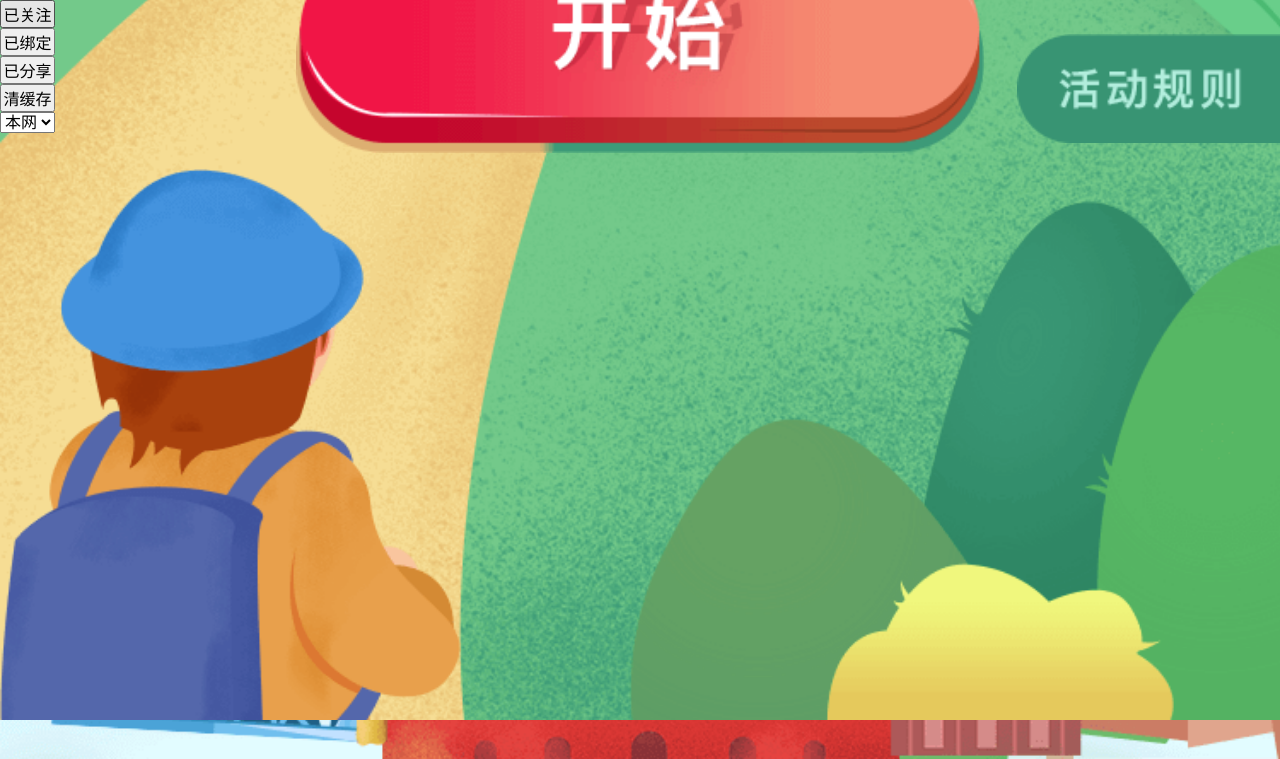
Repository: wangbiaozy/tq
Page: index.html
The author's editor kept a copy of each file at every save. The page is drawn from the files as they stood at one save, then again after the next save.
The browser window is 1280 px wide. The pictures show the whole page.
The style sheet was rebuilt from its Sass, Less or Tailwind sources for each picture, by a compiler version that may differ from the author's.

Above is the page before, as saved 2019-03-20 16:02:00.

### index.html
<!DOCTYPE html>
<html>

<head>
    <meta http-equiv="Content-Type" content="text/html; charset=utf-8" />
    <meta name="viewport" content="width=device-width,minimum-scale=1.0,maximum-scale=1.0,user-scalable=no" />
    <meta http-equiv="Cache-Control" content="no-siteapp" />
    <meta name="apple-mobile-web-app-capable" content="yes">
    <meta name="apple-mobile-web-app-status-bar-style" content="black">
    <meta name="format-detection" content="telephone=no" />
    <title>踏青</title>
    <link rel="stylesheet" href="css/reset.min.css">
    <link rel="stylesheet" href="css/swiper.min.css">
    <link rel="stylesheet" href="css/style.css">
    <script src="js/jquery-1.10.1.min.js"></script>
    <script src="js/imgLoader.js"></script>
    <script src="js/swiper.min.js"></script>
    <script>
        imgLoader([
            'images/bottom_bg.png',
            'images/btn_fri.png',
            'images/btn_jn.png',
            'images/btn_look.png',
            'images/btn_nothing.png',
            'images/con_bg.png',
            'images/default.jpg',
            'images/erweima_bg_01.png',
            'images/erweima_bg_02.png',
            'images/erweima.jpg',
            'images/feiliao.png',
            'images/fl.png',
            'images/fl_0.png',
            'images/flower_0.png',
            'images/flower_1.png',
            'images/flower_2.png',
            'images/flower_3.png',
            'images/flower_4.png',
            'images/flower_5.png',
            'images/flower_6.png',
            'images/flower_end_1.png',
            'images/flower_end_2.png',
            'images/flower_end_3.png',
            'images/flower_end_4.png',
            'images/flower_end_5.png',
            'images/flower_end_6.png',
            'images/flower_fir.png',
            'images/flower_sec.png',
            'images/flower_tc_1.png',
            'images/flower_tc_2.png',
            'images/flower_tc_3.png',
            'images/flower_tc_4.png',
            'images/flower_tc_5.png',
            'images/flower_tc_6.png',
            'images/flower.png',
            'images/fri_default.png',
            'images/fri_fl.png',
            'images/fri_sh.png',
            'images/fri_tc.png',
            'images/fri_text_box.png',
            'images/fri_yg.png',
            'images/gift_list.png',
            'images/gift_title.png',
            'images/main_bg_01.png',
            'images/main_bg_02.png',
            'images/main_bg_03.png',
            'images/main_flower.png',
            'images/mess_off.png',
            'images/mess_on.png',
            'images/mess_tc.png',
            'images/method_bg_01.png',
            'images/method_bg_02.png',
            'images/method_bg_03.png',
            'images/method_bg_04.png',
            'images/method_bg_05.png',
            'images/rule_box.png',
            'images/rule_btn.png',
            'images/sh.png',
            'images/sh_0.png',
            'images/share.png',
            'images/shou.png',
            'images/shuihu.png',
            'images/start_btn.png',
            'images/sun.png',
            'images/tc_0_bg.png',
            'images/tc_2_bg.png',
            'images/tc_banner.png',
            'images/tc_firbg.png',
            'images/title_hy.png',
            'images/top_bg_01.png',
            'images/top_bg_02.png',
            'images/yg.png',
            'images/yg_0.png',
            'images/zhongzi.png'
        ], function (percentage) {
            var percentT = percentage * 100;
            $('.loader_info').html('Loading ' + (parseInt(percentT)) + '%');
            $('.loader_progress')[0].style.width = percentT + '%';
            if (percentage == 1) {
                $('.loader').remove();
                $('#begin').show();
            }
        });
    </script>
</head>
<body>
    <!-- 测试 -->
    <div style="position:absolute;z-index: 999999;color:red;    display: flex;
        flex-direction:column;">

        <button class="ljgz" style="font-size:16px">已关注</button>
        <button class="jb_mobile" style="font-size:16px">已绑定</button>
        <button class="li_share" style="font-size:16px">已分享</button>
        <button class="qing" style="font-size:16px">清缓存</button>
        <select class="select_wang" style="font-size:16px;">
            <option value="0">本网</option>
            <option value="1">异网</option>
        </select>
    </div>
    <!--loading-->
    <section class="loader">
        <div class="loader_info"></div>
        <div>
            <div class="loader_progress"></div>
        </div>
    </section>
    <!--首页  -->
    <section class="page" id='begin'>
        <div>
            <a href="javascript:void(0);" class="rule"></a>
        </div>
        <div class="page_two">
            <div>
                <span></span>
                <span></span>
            </div>

            <div>
                <a href="javascript:void(0);" class="start_game"></a>
            </div>
            <div></div>
        </div>

    </section>
    <!-- 共同背景(主页、绑定手机号) -->
    <section class="main ti_bg">
        <div></div>
        <div></div>
        <div></div>
        <div></div>
        <div></div>
        <div></div>
        <!-- 叶子两边 -->
        <div class="leaf ">
            <div></div>
            <div></div>
        </div>
    </section>
    <!--主页内容  -->
    <div class="main_content">
        <div>
            <a href="javascript:void(0);" class="rule"></a>
        </div>
        <div>
            <img src="./images/main_02.png" alt="">
            <p class="right_question">恭喜您本次答对了
                <span> XX</span>道题
                <br>当前已解锁
                <span>XX</span>地标 点击地标可查看神秘档案
            </p>
            <img src="./images/main_02.png" alt="">
        </div>
        <div>
            <ul class="show_card">
                <li></li>
                <li></li>
                <li></li>
                <li></li>
                <li></li>
                <li></li>
                <li></li>
                <li></li>
                <li></li>
            </ul>
        </div>
        <div>
            <span></span>
            <!-- 重新答题 -->
            <div class="again"></div>
        </div>
        <!-- 礼盒 -->
        <div class="lihe">
            <div>
                <div class="x_unclaimed"></div>
                <div class="receive_left">点击领取</div>
                <p>答对6~8题</p>
            </div>
            <div>
                <div class="d_unclaimed"></div>
                <div class="receive_right">点击领取</div>
                <p>答对9题</p>
            </div>
        </div>
    </div>
    <!-- 绑定手机号内容 -->
    <div class="bind">
        <div>
            <span></span>
        </div>
        <div>
            <p>尊敬的用户，您还没有绑定手机号码哦！
                <br /> 快来在下方完成您的绑定吧～
            </p>
            <div>
                <div>
                    <label for="">手机号码：</label>
                    <input type="text" maxlength="11">
                </div>
                <div>
                    <label for="">验证码：</label>
                    <input type="text">
                    <span>获取验证码</span>
                </div>

            </div>
            <!-- 提交 -->
            <div class="submit_form"></div>
            <a href="javascript:void(0);">关联说明服务</a>
        </div>
    </div>
    <!-- 九道题 -->
    <div class="topic">
        <div>
            <div>
                <div>
                    <img src="./images/ti_jin_ren.png" alt="" class="small_people">
                </div>
                <ul class="progress_bar">
                    <li>
                        <span></span>
                        <!-- <p>
                                <span></span>
                                <span class="jindut_color"></span>
                            </p> -->
                    </li>
                    <li>
                        <span></span>
                    </li>
                    <li>
                        <span></span>
                    </li>
                    <li>
                        <span></span>
                    </li>
                    <li>
                        <span></span>

                    </li>
                    <li>
                        <span></span>

                    </li>
                    <li>
                        <span></span>
                    </li>
                    <li>
                        <span></span>
                    </li>
                    <li>
                        <span></span>
                    </li>
                </ul>
            </div>
        </div>
        <div>
            <div class="swiper-container">
                <div class="swiper-wrapper" style="width:6.2rem !important">
                    <!-- 第一道题 -->
                    <div class="swiper-slide  swiper-no-swiping topic_content">
                        <div></div>
                        <!-- 图片区域 -->
                        <div class="show_img">
                            <div>
                                <img src="./images/ti_01_01.png" alt="">
                            </div>
                        </div>
                        <!-- 选题 -->
                        <div class="topic_list list_1">
                            <div>
                                <span>A&nbsp;.&nbsp;孔庙</span>
                                <span></span>
                            </div>
                            <div>
                                <span>B&nbsp;.&nbsp;故宫</span>
                                <span></span>
                            </div>
                            <div>
                                <span>C&nbsp;.&nbsp;颐和园</span>
                                <span></span>
                            </div>
                            <input type="hidden" value="B">
                        </div>
                    </div>
                    <!-- 第二道题 -->
                    <div class="swiper-slide  swiper-no-swiping topic_content">
                        <div></div>
                        <!-- 图片区域 -->
                        <div class="show_img">
                            <div>
                                <img src="./images/ti_02_01.png" alt="">
                            </div>
                        </div>
                        <!-- 选题 -->
                        <div class="topic_list list_2">
                            <div>
                                <span>A&nbsp;.&nbsp;天安门</span>
                                <span></span>
                            </div>
                            <div>
                                <span>B&nbsp;.&nbsp;历史博物馆</span>
                                <span></span>
                            </div>
                            <div readonly>
                                <span>C&nbsp;.&nbsp;东岳庙</span>
                                <span></span>
                            </div>
                            <input type="hidden" value="A">
                        </div>
                    </div>
                    <!-- 第三道题 -->
                    <div class="swiper-slide  swiper-no-swiping topic_content">
                        <div></div>
                        <!-- 图片区域 -->
                        <div class="show_img">
                            <div>
                                <img src="./images/ti_03_01.png" alt="">
                            </div>
                        </div>
                        <!-- 选题 -->
                        <div class="topic_list list_3">
                            <div>
                                <span>A&nbsp;.&nbsp;北海</span>
                                <span></span>
                            </div>
                            <div>
                                <span>B&nbsp;.&nbsp;潭拓寺</span>
                                <span></span>
                            </div>
                            <div readonly>
                                <span>C&nbsp;.&nbsp;红螺寺</span>
                                <span></span>
                            </div>
                            <input type="hidden" value="A">
                        </div>
                    </div>
                    <!-- 第四道题 -->
                    <div class="swiper-slide  swiper-no-swiping topic_content">
                        <div></div>
                        <!-- 图片区域 -->
                        <div class="show_img">
                            <div>
                                <img src="./images/ti_04_01.png" alt="">
                            </div>
                        </div>
                        <!-- 选题 -->
                        <div class="topic_list list_4">
                            <div>
                                <span>A&nbsp;.&nbsp;十渡</span>
                                <span></span>
                            </div>
                            <div>
                                <span>B&nbsp;.&nbsp;张家界</span>
                                <span></span>
                            </div>
                            <div readonly>
                                <span>C&nbsp;.&nbsp;长城</span>
                                <span></span>
                            </div>
                            <input type="hidden" value="C">
                        </div>
                    </div>
                    <!-- 第五道题 -->
                    <div class="swiper-slide  swiper-no-swiping topic_content">
                        <div></div>
                        <!-- 图片区域 -->
                        <div class="show_img">
                            <div>
                                <img src="./images/ti_05_01.png" alt="">
                            </div>
                        </div>
                        <!-- 选题 -->
                        <div class="topic_list list_5">
                            <div>
                                <span>A&nbsp;.&nbsp;日坛</span>
                                <span></span>
                            </div>
                            <div>
                                <span>B&nbsp;.&nbsp;八大处</span>
                                <span></span>
                            </div>
                            <div readonly>
                                <span>C&nbsp;.&nbsp;天坛</span>
                                <span></span>
                            </div>
                            <input type="hidden" value="C">
                        </div>
                    </div>
                    <!-- 第六道题 -->
                    <div class="swiper-slide  swiper-no-swiping topic_content">
                        <div></div>
                        <!-- 图片区域 -->
                        <div class="show_img">
                            <div>
                                <img src="./images/ti_06_01.png" alt="">
                            </div>
                        </div>
                        <!-- 选题 -->
                        <div class="topic_list list_6">
                            <div>
                                <span>A&nbsp;.&nbsp;香山</span>
                                <span></span>
                            </div>
                            <div>
                                <span>B&nbsp;.&nbsp;古水北镇</span>
                                <span></span>
                            </div>
                            <div readonly>
                                <span>C&nbsp;.&nbsp;玉渊潭</span>
                                <span></span>
                            </div>
                            <input type="hidden" value="A">
                        </div>
                    </div>
                    <!-- 第七道题 -->
                    <div class="swiper-slide  swiper-no-swiping topic_content">
                        <div></div>
                        <!-- 图片区域 -->
                        <div class="show_img">
                            <div>
                                <img src="./images/ti_07_01.png" alt="">
                            </div>
                        </div>
                        <!-- 选题 -->
                        <div class="topic_list list_7">
                            <div>
                                <span>A&nbsp;.&nbsp;赵州桥</span>
                                <span></span>
                            </div>
                            <div>
                                <span>B&nbsp;.&nbsp;卢沟桥</span>
                                <span></span>
                            </div>
                            <div readonly>
                                <span>C&nbsp;.&nbsp;银锭桥</span>
                                <span></span>
                            </div>
                            <input type="hidden" value="B">
                        </div>
                    </div>
                    <!-- 第八道题 -->
                    <div class="swiper-slide  swiper-no-swiping topic_content">
                        <div></div>
                        <!-- 图片区域 -->
                        <div class="show_img">
                            <div>
                                <img src="./images/ti_08_01.png" alt="">
                            </div>
                        </div>
                        <!-- 选题 -->
                        <div class="topic_list list_8">
                            <div>
                                <span>A&nbsp;.&nbsp;清华园</span>
                                <span></span>
                            </div>
                            <div>
                                <span>B&nbsp;.&nbsp;颐和园</span>
                                <span></span>
                            </div>
                            <div readonly>
                                <span>C&nbsp;.&nbsp;圆明园</span>
                                <span></span>
                            </div>
                            <input type="hidden" value="A">
                        </div>
                    </div>
                    <!-- 第九道题 -->
                    <div class="swiper-slide  swiper-no-swiping topic_content">
                        <div></div>
                        <!-- 图片区域 -->
                        <div class="show_img">
                            <div>
                                <img src="./images/ti_09_01.png" alt="">
                            </div>
                        </div>
                        <!-- 选题 -->
                        <div class="topic_list list_9">
                            <div>
                                <span>A&nbsp;.&nbsp;陶然亭</span>
                                <span></span>
                            </div>
                            <div>
                                <span>B&nbsp;.&nbsp;朝阳公园</span>
                                <span></span>
                            </div>
                            <div readonly>
                                <span>C&nbsp;.&nbsp;圆明园</span>
                                <span></span>
                            </div>
                            <input type="hidden" value="C">
                        </div>
                    </div>
                </div>
            </div>
            <a href="javascript:void(0);"></a>
        </div>
    </div>
    <!-- 提示 -->
    <section class="pop pop_att">
        <div>
            <p>这是哪里</p>
            <div>
                <p>提示：</p>
                <ul>
                    <li>1.国家宝藏</li>
                    <li>2.延禧宫</li>
                    <li>3.御花园</li>
                </ul>
            </div>
        </div>
        <div class="close guessed">猜到了</div>
    </section>
    <!-- 本网弹窗 -->
    <section class="pop pop_benw">
        <div>
            <div>
                <p>恭喜您的号码
                    <br>
                    <span>15910943650</span>
                </p>
                <p> 获得
                    <span>500MB</span> 全国流量 </p>
                <p>流量将于15日内到账
                    <br> 有效期：7天
                    <br> （流量到账后，立即生效）</p>
            </div>
            <a href="javascript:void(0);"></a>
        </div>
        <div class="close">确定</div>
    </section>
    <!-- 异网弹窗1 -->
    <section class="pop  pop_yio">
        <div>
            <p>恭喜您的号码
                <br>
                <span>15910943650</span>
            </p>
            <p> 获得
                <span>500MB</span> 全国流量
                <br> 您可以转赠到北京移动号码内
            </p>
            <p> （流量仅可在活动期间进行转赠）</p>
        </div>
        <div>
            <span>取消</span>
            <span>转增</span>
        </div>
    </section>
    <!-- 异网弹窗2 -->
    <section class="pop pop_yit">
        <div>
            <p>请输入好友北京移动手机号码</p>
            <div>
                <label for="">手机号码</label>
                <input type="text" maxlength="11">
            </div>
            <p>（流量仅可在活动期间进行转赠）</p>
        </div>
        <div class="close">确定</div>
    </section>
    <!-- 异网弹窗3 -->
    <section class="pop  pop_yith">
        <div>
            <p>信息确认</p>
            <p> 您是否将
                <br>
                <span>1GB</span> 全国流量
                <br> 转赠到手机号码
                <br>
                <span>15910943650 </span>
                <br>账户中
            </p>
            <p> （点击确认后，信息将不可更改）</p>
        </div>
        <div>
            <span>更改</span>
            <span>确定</span>
        </div>
    </section>
    <!-- 异网弹窗4 -->
    <section class="pop pop_yif">
        <div>
            <div>
                <p>
                    您已将
                    <br>
                    <span>500MB</span>全国流量
                    <br> 转赠到手机号码
                    <br>
                    <span>15910943650</span>账户中
                </p>
                <p>流量将于15日内到账
                    <br> 有效期：7天
                    <br>（流量到账后，立即生效）
                </p>
            </div>
            <a href="javascript:void(0);"></a>
        </div>
        <div class="close">确定</div>
    </section>
    <!-- 点击大小礼包 -->
    <section class="pop libao">
        <div>
            <p>您还没有答对
                <br>
                <span class="timu_number">6道及6道以上</span>的地标问题
                <br> 还不能抽奖哦~ </p>
            <p>快来邀请小伙伴一起参加
                <br> 解锁后可以重新答题啦
            </p>
        </div>
        <div class="close">发送好友</div>
    </section>
    <!-- 明信片 -->
    <section class="pop pop_post">
        <div>
            <img src="./images/postcard_01.png" alt="">
        </div>
        <div class="post_cards"></div>
    </section>
    <!-- 分享 -->
    <section class="pop share">
        <div class="share_hide">
            <div></div>
        </div>
    </section>
    <!-- 活动规则 -->
    <section class="pop pop_rule">
        <div>
            <ul>
                <li>
                    <span> 一 活动时间：</span>
                    <br> 即日起——4月8日
                </li>
                <li>
                    <span>二 活动介绍：</span>
                    <br> 活动期间，用户通过北京移动微信公众号，可参与“踏青游北京”活动。每个用户初始有一次免费答题的机会，将活动分享给好友，即可解锁无限答题机会。活动中共有
                    9道关于北京著名景点的测试题。用户答对6道题及6道题以上，可获得一次抽奖机会；答对9道题，可获得二次抽奖机会。每个用户最多可参与两次抽奖。
                    北京移动用户抽中流量奖品后，自动充入关注绑定账户。 非北京移动用户抽中流量奖品后可以转赠给北京移动手机号码。
                </li>
                <li>
                    <span>三 奖品规则：</span>
                    <br> 活动奖品包含： 200MB、500MB、1GB、2GB、5GB全国流量，及部分免费业务体验资格、优惠业务办理资格。
                    <br> （一）流量奖品
                    <br> 1. 流量档位包括200MB、500MB、1GB、2GB、5GB全国流量；
                    <br> 2. 奖品将于领取后15日内，自动充入用户的微信关注绑定手机号，流量自充入日起生效，有效期7天；
                    <br> 3. 获赠流量使用优先级高于主套餐、可选包及部分定向流量包，赠送流量无法共享，不可结转；
                    <br> 4. 处于保留期、保号期、挂失、申停、欠停、转品牌过渡期的手机号；物联网卡、4G超级日租卡套餐、神州行开心听、语音套餐卡、神州行B标准资费基本策划等特殊资费用户无法领取赠送流量；
                    <br> 5. 赠送流量每月仅可领取100次，超出上限不可领取。
                    <br>

                </li>
                <li>
                    （二）其它奖品
                    <br> 规则详见各奖品办理页面

                </li>
                <li>温馨提示：活动将于4月8日结束，请您务必于活动结束前完成领奖，逾期视为自动放弃奖品。</li>
            </ul>
        </div>
        <div class="ru_close"></div>
    </section>
    <!-- 关注 -->
    <section class="pop pop_attention">
        <div class="attention">
            <p>亲爱的用户
                <br /> 小伙伴们踏青活动开始啦！
                <br> 看看你对北京的了解程度
                <br> 答完题还有好礼等着你哦~
            </p>
            <p></p>
            <p>长按图片，识别图中二维码-关注公众号在【优惠】菜单中可参加优惠哦</p>
        </div>
    </section>
    <!-- 遮罩层 -->
    <div class="cover"></div>
</body>

</html>
<script src="js/index.js"></script>

Loaded but not shown: css/swiper.min.css (library); js/jquery-1.10.1.min.js (library); js/swiper.min.js (library); js/index.js (443 lines, source omitted); js/imgLoader.js (49 lines, source omitted); css/style.less (1160 lines, source omitted); css/reset.min.css (4 lines, source omitted)

After the next save:
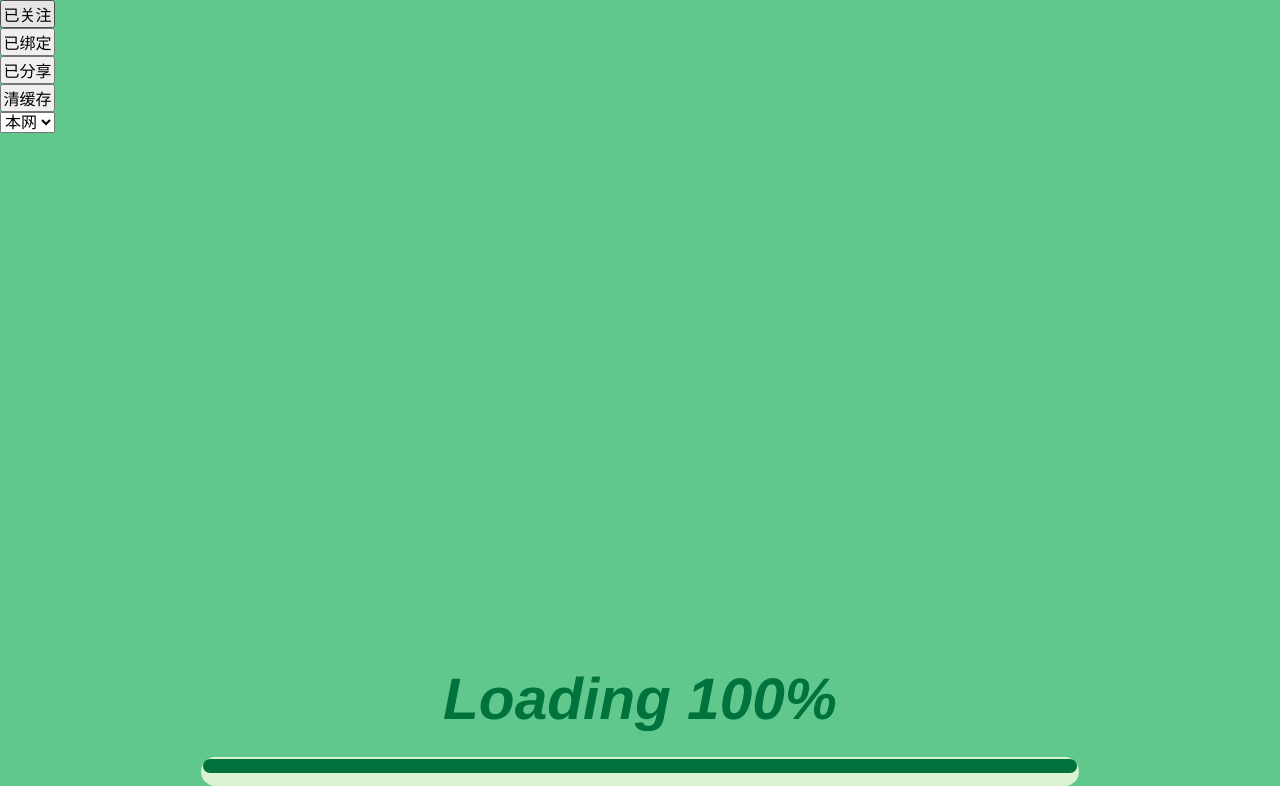
Saved 17 s later.
--- a/index.html
+++ b/index.html
@@ -96,8 +96,8 @@
             $('.loader_info').html('Loading ' + (parseInt(percentT)) + '%');
             $('.loader_progress')[0].style.width = percentT + '%';
             if (percentage == 1) {
-                $('.loader').remove();
-                $('#begin').show();
+                /* $('.loader').remove();
+                $('#begin').show(); */
             }
         });
     </script>
